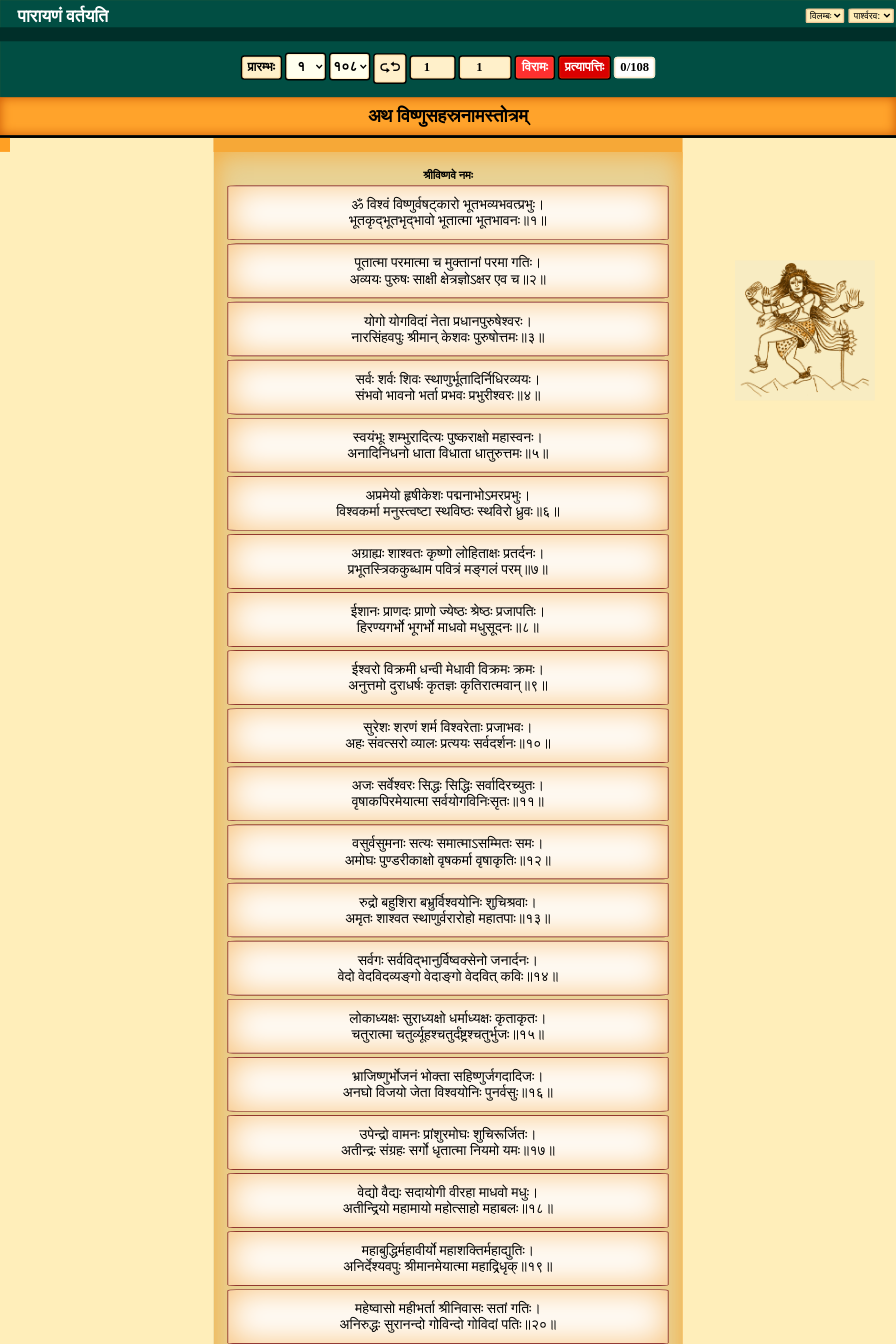
Repository: arshavak/vishnu-sahasranam
Page: index.html
The author's editor kept a copy of each file at every save. The page is drawn from the files as they stood at one save, then again after the next save.
The browser window is 1280 px wide. The pictures show the part of the page from y = 0 to 1920 px (the page is 9284 px tall before and 9294 px after), at 70% of full size.

Above is the page before, as saved 2024-12-30 12:37:34.
Not found: scripts/sanskrittime.js

### index.html
<!DOCTYPE html>
<html>
<head>
<meta charset="UTF-8">
  <link rel="icon" type="image/png" href="style/backgrounds/23.png">
<title>विष्णुसहस्रनामस्तोत्रम्</title>
<meta name="viewport" content="width=device-width, initial-scale=1.0">
<link rel="stylesheet" type="text/css" href="style/style.css"/>
<!-- <link rel="stylesheet" type="text/css" href="style/themes.css"/> -->
</head>
<body class="body">
  <div class="player">
    <div class="Time">
      <span class="main-header">पारायणं वर्तयति</span>
      <div class="clock">
        <span id="ghanta" class="time-span"></span>
        <span id="minat" class="time-span"></span>
      </div>

      <select id="number" class="bgsound setting"></select>
      <select class="timeOut setting">
        <option value="">विलम्बः</option>
        <option value="2">2s</option>
        <option value="3">3s</option>
        <option value="5">5s</option>
        <option value="10">10s</option>
      </select>
  </div>
    <div class="topnavbar"></div>
      <input name="play_button" class="psuGrup play" type="button" value="प्रारम्भः"/>
      <select  id="selector1" class="From selector FromAndTo"></select>
      <select  id="selector2" class="To selector FromAndTo"></select>
      <input name="toggle_btn" type="checkbox" id="check"/>
      <input id="loop" class="loop" type="button" value="&#11150&#11148"/>
      <input id="repeat" value="1" max="99" min="1" type="number"/>
      <input id="speed" value="1" max="4" min=".5" step="0.1" type="number"/>
      <input name="stop_button" class="psuGrup stop" type="button" value="विरामः"/>
      <input class="reset psuGrup" type="button" value="प्रत्यापत्तिः"/>
      <input id="suchna" type="button" class="psuGrup suchna"/>
      <div class="heading">अथ विष्णुसहस्रनामस्तोत्रम्</div>
      <div class="progress-container">
        <div class="progress-bar" id="myBar"></div>
      </div>
    </div>
      <div id="imageRight">
        <image class="image" src="style/backgrounds/0.png" width="200px" height="200px"></image>
      </div>
      <!-- <div id="imageLeft">
        <image class="image" src="style/backgrounds/0.png" width="200px" height="200px"></image>
      </div> -->
      <div class="timeStamp"></div>
      <div class="container"></div>
    <script type="text/javascript" src="scripts/visnusahastranamScript.js"></script>
    <script type="text/javascript" src="scripts/MainScript.js"></script>
    <script type="text/javascript" src="scripts/sanskrittime.js"></script>
  </body>

</html>

### style/style.css
/* Styles for the player container */
*{
margin:0px;
padding: 0px;
text-align: center;
/*background-color: #f8ecc2;*/
font-family:gargi;
}
html{
  scroll-behavior: smooth;
}
::-webkit-scrollbar{
  display: none;
}
body {
  /* background-image: url("backgrounds/jharna.jpg");
  background-repeat:no-repeat;
  background-size:cover;
  background-attachment:fixed; */
  scrollbar-width: none;
  -ms-overflow-style: none;
/* background-color: #e8d295; */
  background-color:#ffeeba
  ;
  /* border: 4px solid #000; */
}

/* #myVideo {
  position: fixed;
  right: 0;
  bottom: 0;
  min-width: 100%;
  min-height: 100%;
  z-index: 1;
} */

.heading{
  padding-bottom: 12px;
  padding-top: 12px;
  margin-top: 15px;
  background-color:#ffa32b;
  /* background-image: url("backgrounds/R.jpg");*/
  /* background-repeat:no-repeat;
  background-size:cover;
  background-attachment: fixed; */
  color: rgb(0, 0, 0);
  /* width: 100%; */
  position: relative;
  /* top:500; */
  font-weight: 800;
  /* text-shadow: 2px 2px 5px rgb(255, 170, 0); */
   font-size:26px;
   box-shadow: inset 0px 0px 15px #cb5805;

}

.progress-container {
  width: 100%;
  height: 4px;
  background: #000000;
}

.progress-bar {
  height: 4px;
  background: #ffa32b;
  width: 0%;
}

.topnavbar{
  position: relative;
  padding: 10px 10px 10px 10px;
  margin-bottom: 15px;
  background-color:#002f29;
 text-align: center;
 box-shadow: inset 0px 0px 0px #0a0a0a;
 /* height: 30px; */
 /* overflow: scroll; */
}

.Time{
    /* background-image: url("backgrounds/jharna.jpg"); */
    background-repeat:no-repeat;
    background-size:cover;
    background-attachment: fixed;
 /* margin-top: 5px; */
 padding: 0px;
 /* background-color: #d47500;
 box-shadow: inset 0px 0px 5px  #cb5805; */
 color: rgb(0, 0, 0);
 text-align: left;
  }


  .clock{
    padding: 1px 5px 1px 5px;
    position: fixed;
    left: 0px;
    background-color: #ffffff;
  color: rgb(0, 0, 0);
  box-shadow: inset 0px 0px 35px #ff9100;
  cursor: not-allowed;
  text-align: center;
  }

.time-span{
  cursor: not-allowed;
  padding: 1px 1px 1px 1px;

}


  .main-header{
    padding: 5px 5px 5px 5px;
    font-size: 25px;
    /* text-shadow: -3px 5px 5px rgb(55, 184, 164); */
    font-weight:800;
    color: #ffffff;
    margin-left: 20px;
  }



.setting{
  margin: 3px;
  float: right;
  border-radius: 8%;
  cursor: pointer;
  margin-top: 2px;
  display: block;
  background-color: #ffeeb8;
  border: 2px solid #edc696;
}

.timeStamp{
display: none;
background-color:#f8ecc2;
color :rgb(0, 0, 0);
position :fixed;
right :0px;
font-size :16px;
font-weight :900;
padding :4px 14px 4px 14px;
box-shadow: inset 0px 0px 15px #ff8e03;
border-radius: 5%;
  }

  .disabled-link{
  position: relative;
  text-decoration: none;
  text-transform: unset;
  font-size: 14px;
  background-color: #dac683;
  color: #000000;
  padding: 5px 10px 5px 10px;
  border-radius: 5%;
  font-weight: 600;
  border: .8px solid #efc899;
  margin-right: 5px;
}

.disabled-link:hover{
  background-color: #fff9a7;
  text-decoration: underline;
}

.player {
  display: block;
  position: fixed;
  top: 0px;

  align-items: center;
  /* background-image: url("backgrounds/astaSuraj.jpg");
  background-repeat:repeat;
  background-size:cover;
  background-attachment: fixed; */
  background-color:rgb(1 78 67);
  width: 99.99%;
  text-align:center;
  color: rgb(29, 1, 1);
  padding-top:10px;
  padding-bottom: 0px;
  box-shadow: inset 0px 0px 1px #ff8e03;

  /* border-bottom: 5px solid #893c01; */
  z-index: 1;
}

/* .bottons{
  background-color:#ff8808;
  display: inline-block;
  box-shadow: inset 0px 0px 25px #ff8e03;
} */

.suchna:active{
  background-color: none !important;
}


#suchna{
cursor:not-allowed;
color: rgb(0, 0, 0);
background-color: #fff;
font-size: 18px;
padding: 4px 8px 4px 8px;
border: 1px solid #ffe;
font-weight: 900;
}

#check{
  display: none;
}

.reset{
  background-color: rgb(218, 0, 0) !important;
  color: #ffffff !important;
}
.stop{
  background-color: rgb(255, 48, 48) !important;
  color: #ffffff !important;
}

/*Styles for the buttons*/
input[type="button"],input[type="number"]{
  padding: 5px 8px 5px 8px;
  margin: 1px 0px 4px 0;
  border: 2px solid #000;
  border-radius: 5px;
  background-color: #fff0ca;
  color: rgb(0, 0, 0);
  font-size: 18px;
  cursor: pointer;
  font-weight: 800;
  flex-direction: row;
  box-shadow: inset 0px 0px 2px #ff9100;
  outline: none;
}

input[type="number"]{
  padding: 5px 2px 5px 0px;
  margin: 1px 0px 4px 0px;
  border: 2px solid #000;
  border-radius: 5px;
  background-color: #fff0ca;
  color: rgb(0, 0, 0);
  font-size: 18px;
  cursor: pointer;
  font-weight: 800;
  flex-direction: row;
  box-shadow: inset 0px 0px 2px #ff9100;
  outline: none;
}

input[type="button"]:hover{
  background-color: #14ff76;
  color: #0b0b0b;
}


.selector{
  text-align:center;
  outline:none;
  /*background-color: rgb(98, 255, 101);*/
  border-radius: 5px;
  height: 40px;
  border: 2px solid #000;
  border-radius: 5px;
  background-color:#ffe;
  color: #000;
  font-size: 20px;
  cursor: pointer;
  font-weight: 800;
  flex-direction: row;
  /* padding: 3px 3px; */
  margin: 1px 0px 4px 0;
  box-shadow: inset 0px 0px 2px #ff9100;

}

/* Styles for the keys container */
.container {
position: relative;
/* z-index: -1; */
 /* display: inline-block;  */
word-wrap: break-word;
/* margin-top: 180px; */
font-size:16px ;
text-align:center;
padding: 25px 15px 40px 15px;
background-color: #e8d295;
width: 75%;
margin-left:auto;
margin-right:auto;
border-top: 20px solid #ff9100a1;
border-bottom: 20px solid #ff9100a1;
border-bottom-style: inset 0px 0px 40px #ff9100a1;;
border-top-style: inset 0px 0px 40px #ff9100a1;;
box-shadow: inset 0px 0px 40px #ff9100a1;
margin-top:0px;

}

label{
  font-size: 15px;
}
/* Styles for the key divs */
.key {
  /* display:inline-block; */
  /* flex-direction: column; */
  /* text-align: right; */
  /* width: 90%; */
  margin: 5px;
  border: .2px ridge #730000;
  border-radius: 2%;
  /* cursor: pointer; */
  transition: all 0.2s ease-in-out;
  font-size:20px;
  font-weight: 300;
  padding: 15px 5px 15px 5px;
  background-color: #ffffff;
  box-shadow: inset 0px 0px 50px #f7c077;

}

.key.active {
  border: 2px solid #c16b02;
  /* display:inline-block; */
  top: 200px;
  font-weight: 600;
  /* text-shadow: 1px 1px 4px rgb(255, 249, 70); */
  background-color: rgb(253, 253, 197);
  box-shadow: inset 6px 0px 5px  #ff9100 ;
  animation: blink .8s infinite;
  font-size: 25px;
}

@keyframes blink {
  50%{
    border: 2px solid #f2d56b;
    /* border-radius: 15%; */
    /* background-color: #fceba5; */
     box-shadow: inset 0px 0px 0px #ff9100;
  }
}

@keyframes indexblink {
  50%{
    /* border: 1px solid #000000; */
    /* border-radius: 15%; */
     background-color: #00e043;
     box-shadow: inset 0px 0px 0px #ff9100;
  }
}


.rbtn.for-repeat {
  background-color: rgb(40, 252, 29);
  color:rgb(0, 0, 0);
}

/* Styles for the audio elements */
audio {
  display: none !important;
}
#imageRight {
  z-index: -1;
  position: fixed;
  bottom:20%;
  right:30px;

}

#imageLeft {
  z-index: -1;
  position: fixed;
  bottom:20%;
  left:30px;
}

.title{
  margin-left: 10px;
  float: left;
}

@media screen and (max-width: 867px) {
  /* .container {top:50px;} */
   #imageRight,#imageLeft{
    display:none;
  }
}

@media screen and (max-width: 1200px) {
  /* .container {top:80px;} */
   #imageRight,#imageLeft{
    display:none;
  }

  .clock{
    display: none;
  }
}

@media screen and (max-width: 500px) {

  .setting{
    display: none;
  }

  .main-header{
    padding: 5px 5px 5px 5px;
    font-size: 25px;
    /* text-shadow: -3px 5px 5px rgb(55, 184, 164); */
    font-weight:800;
    color: #ffffff;

  }
}


@media screen and (min-width: 100px) {
  .container {
    width: 95%;
  }

}

@media screen and (min-width: 1200px) {
  .container {
    width: 50%;
  }
}

.disabled{
  cursor:not-allowed;
}

.disabled:hover{
  text-decoration: none;
  background-color: none;
}

/* .image{
  animation: lip .5s infinite
}
@keyframes lip {
  50%{
    width: 190px;
    height: 190px;

  }
} */

/*  */

/* a.index{
  font-size: 10px;
  line-height: 0px;
  padding: 0px 15px 0px 15px;
  margin-right: 10px;
  font-weight: 600;
  border-radius: 10px;
  cursor: pointer;
  text-decoration: none;
  color: rgb(0, 0, 0);
}

a.index:hover{
  text-decoration: none;
  color: #ff2121;
} */

/* .indeX{
  background-color: wheat !important;
  font-size: 16px;
  cursor: pointer;
  margin-right: 5px;
}

.indeX:hover{
  text-decoration: none;
} */
/* .cot{
  display: none;
}
 */

### scripts/MainScript.js
const topnavbar = document.querySelector(".topnavbar");
// function createLinks() {
//   // Create an array of objects with URL and link text
//   const links = [

//     { url: 'YogSutrani.php', text: 'योगसूत्राणि' },
//     { url: 'VisnuSahastranam.php', text: 'विष्णुसहस्रम्' },
//     { url: 'SankhyaKarika.php', text: 'साङ्ख्यकारिका' },
//     { url: 'Ast_1_1.php', text: 'अष्टाध्यायी(१.१)' }
//   ];
//   // Loop through the array and create links
//   for (let i = 0; i < links.length; i++) {
//     const link = document.createElement('a');
//     link.setAttribute('target', '_blank');
//     link.setAttribute('class', 'disabled-link');
//     link.href = links[i].url;
//     link.textContent = links[i].text;
//     topnavbar.appendChild(link); // Append link to the topnavbar
//   }
// }
// // Call the function to create links
// createLinks();

// //current page link disaable function
// const currentUrl = window.location.href;
// const disabledLinks = document.querySelectorAll(".disabled-link");

// // var links =[];
// //   var currWin = window;
// //   for(var i =0; i<currWin.document.links.length; i++){
// //     links.push(currWin.document.links[i].href);
// //   }

// disabledLinks.forEach(link => {
// if(link.href === currentUrl){
//   link.addEventListener("click", e => {
//     e.preventDefault();
//   });
//   link.classList.add("disabled");
//  }
// });


// function for repeating selection
var repeats = "";
var inp = document.getElementById("repeat");
inp.addEventListener("input", ()=>{
  repeats=inp.value;
});




// const Allrepeatbtns = document.querySelectorAll(".rbtn");
// let activeBtn = null;
// Allrepeatbtns.forEach((ript)=> {
//   ript.addEventListener("click", () => {
//     if (activeBtn && activeBtn !== ript) {
//       activeBtn.classList.remove("for-repeat");
//     }
//     else if (activeBtn === ript) {
//       ript.classList.remove("for-repeat");
//       activeBtn = null;
//       repeats = 0;
//       return;
//     }
//     // repeats = ript.value.charAt(0);
//     repeats = document.getElementById("repeat").value;
//     ript.classList.add("for-repeat");
//     activeBtn = ript;
//   })
// });
// Add click event listeners to the play and stop buttons
const stopButton = document.querySelector('[name="stop_button"]');
const playButton = document.querySelector('[name="play_button"]');
const checkBox = document.querySelector('#check');
const timeOutSecind = document.querySelector(".timeOut");
var speed = document.querySelector("#speed");
let audio;
let audioDuration;
//  let num = 0;
playButton.addEventListener('click', () => {
  //  if(num===0){
  //    num = 1;
  //   playButton.value = "pause";
  let startIndex = selector1.value - 1;
  let lastIndex = selector2.value;
   const playNextKey = () => {
    if(audio){
      audio.pause();
      audio.currentTime = 0;
       keys.forEach(key => {
      key.classList.remove('active');
      });
    }
    if (startIndex < lastIndex) {
      const key = keys[startIndex];
      audio = key.querySelector('audio');
      let playCount = 0;
      const playOnce = () => {
        if (playCount < (Number(repeats))-1) {
        //    if(playCount!==1) {
        //      audio.volume = .1;
        //      audio.playbackRate = 1.5;
        //  }
          setTimeout(() => {
          audioDuration = audio.duration;
          audio.playbackRate = speed.value;
          audio.play();
          playCount++;
          }, timeOutSecind.value*1000);
        } else {
          audio.removeEventListener('ended', playOnce);
          setTimeout(() => {
            key.classList.remove('active');
            playNextKey();
          }, timeOutSecind.value*1000);
        }
      };
      audioDuration = audio.duration;
      audio.currentTime = 0;
      audio.playbackRate = speed.value;
      audio.play();
      audio.addEventListener('ended', playOnce );
      audio.addEventListener('play', scrollActiveDiv );
      audio.addEventListener("play", playButtonStyleAdd);
      audio.addEventListener('ended', playButtonStyleRemove);
      audio.addEventListener("play", indexUpdate);
      audio.addEventListener("ended", timerOutput)
      key.classList.add('active');
      startIndex++;
      // audio.removeEventListener("ended", timerOutput);

      // chacking the Loopbutton is chacked or not checked
        if(checkBox.checked && startIndex == lastIndex){
          // alert("Please");
          startIndex = selector1.value - 1;
      }
    }
  };

  playNextKey();
// }else{
//   playButton.value = "play";
//   audio.pause();
//   num = 0;
// }
});


// Add click event listeners to the stop button
stopButton.addEventListener('click', () => {
  // playButton.value = "play";
   window.scrollTo(0, 0);
  // hideSpeackerSymbol();
  playButton.style.backgroundColor = "";
  playButton.style.color = "";
  keys.forEach(key => {
    const audio = key.querySelector('audio');
    audio.pause();
    audio.currentTime = 0;
    key.classList.remove('active');
  });
  bgsound.pause();
});

// Reset the current audio element
window.scrollTo({top:0, behavior: 'smooth'});
const reset = document.querySelector(".reset");
reset.addEventListener('click', () => {
// window.scrollTo({top:0, behavior: 'smooth'});
// setTimeout(() => {
location.reload();
// },1000);
});


  //buttons for loop
  const loopbtn = document.querySelector(".loop");
  const checkbox = document.querySelector("#check");
  loopbtn.addEventListener("click",  ()=> {
  checkbox.checked = !checkBox.checked;
  if(checkBox.checked){
    loopbtn.style.backgroundColor = "rgb(40, 252, 29)";
    loopbtn.style.color = "#000";
    // document.querySelector(".From").disabled = false;
    // document.querySelector(".To").disabled = false;

  }else{
    loopbtn.style.backgroundColor = "";
    loopbtn.style.color = "";
    // document.querySelector(".From").disabled = true;
    // document.querySelector(".To").disabled = true;

  }
  });

//background sounds 1111111111111111111
  const selector = document.querySelector('#number');
  for(var i=0; i<50; i++) {
    var option = document.createElement('option');
    option.text = "ध्वनिः "+ (i);
    option.value = i;
    selector.appendChild(option);
  }

  const firstOption = selector.querySelector("option:first-child");
  firstOption.textContent = "पार्श्वरव:"

  //background sounds 222222222222222222
let soundNumber = document.querySelector("#number");
soundNumber.style.outline = "none";
let bgsound;
selector.addEventListener("change", function backgroundMusic(){
  if (bgsound) {bgsound.pause();}
  bgsound = new Audio(`prishthbhumi-dhvani/dhvani (${soundNumber.value}).mp3`);
  bgsound.loop = true;
  bgsound.volume = 0.5;
  bgsound.play();
});

//scrolling to top of screen
function scrollActiveDiv() {
  const activeDiv = document.querySelector('.active');
  if (activeDiv) {
    const activeDivPosition = activeDiv.offsetTop;
    window.scrollTo({
      top: activeDivPosition - 150,
      behavior: 'smooth'
    });
  }
}


// function for indexUpdate
const indexUpdating = document.querySelector("#suchna");
indexUpdating.value = "0" + "/" + divLen;
function indexUpdate(){
const suchna = document.querySelector("#suchna");
let activeIndex = 1;
for (let i = 1; i < divLen; i++){
  if(keys[i].classList.contains("active")){
    activeIndex = i+1;
    break;
  }
}
suchna.value = activeIndex +"/"+ divLen;
}



//function for Timer
const timeStamp = document.querySelector(".timeStamp");
function timerOutput(){
  let count = timeOutSecind.value;
  let timer = setInterval(function(){
    timeStamp.style.display = "block";

    count--;
    if(count < 10){
      timeStamp.innerHTML = "प्रतीक्षस्व"+ " " + "00" + ":0" + count;
    }else{
      timeStamp.innerHTML = "प्रतीक्षस्व"+ " " + "00" + ":" + count;
    }
     if(count<=0){
      clearInterval(timer);
      timeStamp.style.display = "none";

    }
  },1000);
  document.body.appendChild(timeStamp);
}


// play Button Style
function playButtonStyleAdd(){
  playButton.style.backgroundColor = "rgb(40, 252, 29)";
  playButton.style.color = "#000";
  }
  function playButtonStyleRemove(){
   playButton.style.backgroundColor = "";
   playButton.style.color = "";
   }


//function for index blinking
let n = 0;
function blinking() {
// const play_button = document.querySelector('[name="play_button]')
if(n==0 && playButton.style.backgroundColor === "rgb(40, 252, 29)"){
indexUpdating.style.animation = "indexblink 1s infinite";
n = 1;
}else{
  indexUpdating.style.animation = "";
n = 0;
}
}
setInterval(blinking,2000);

// setTimeout(windowUpdate,2000);
// window risize for time div
const clock = document.querySelector(".clock");
window.addEventListener("resize",windowUpdate);
window.addEventListener("load",windowUpdate);
function windowUpdate(){
const player = document.querySelector(".player");
const playerHeight = player.offsetHeight;
 timeStamp.style.top = playerHeight + "px";
 container.style.top =   playerHeight + "px";
 clock.style.top =   playerHeight + "px";
}



// When the user scrolls the page, execute myFunction
window.onscroll = function() {myFunction()};
function myFunction() {
  var winScroll = document.body.scrollTop || document.documentElement.scrollTop;
  var height = document.documentElement.scrollHeight - document.documentElement.clientHeight;
  var scrolled = (winScroll / height) * 100;
  document.getElementById("myBar").style.width = scrolled + "%";
}



// const digitsMap = {
//   // देवनागरी लिपि के वर्णक्रम को बांग्ला लिपि के वर्णक्रम में बदलें।
//     'अ': 'অ',
//     'आ': 'আ',
//     'इ': 'ই',
//     'ई': 'ঈ',
//     'उ': 'উ',
//     'ऊ': 'ঊ',
//     'ए': 'এ',
//     'ऐ': 'ঐ',
//     'ओ': 'ও',
//     'औ': 'ঔ',
//     'क': 'ক',
//     'ख': 'খ',
//     'ग': 'গ',
//     'घ': 'ঘ',
//     'ङ': 'ঙ',
//     'च': 'চ',
//     'छ': 'ছ',
//     'ज': 'জ',
//     'झ': 'ঝ',
//     'ञ': 'ঞ',
//     'ट': 'ট',
//     'ठ': 'ঠ',
//     'ड': 'ড',
//     'ढ': 'ঢ',
//     'ण': 'ণ',
//     'त': 'ত',
//     'थ': 'থ',
//     'द': 'দ',
//     'ध': 'ধ',
//     'न': 'ন',
//     'प': 'প',
//     'फ': 'ফ',
//     'ब': 'ব',
//     'भ': 'ভ',
//     'म': 'ম',
//     'य': 'য',
//     'र': 'র',
//     'ल': 'ল',
//     'व': 'ব',
//     'श': 'শ',
//     'ष': 'ষ',
//     'स': 'স',
//     'ह': 'হ',
//     'ा': 'া',
//     'ि': 'ি',
//     'ी': 'ী',
//     'ु': 'ু',
//     'ू': 'ূ',
//     'ृ': 'ৃ',
//     'े': 'ে',
//     'ै': 'ৈ',
//     'ो': 'ো',
//     'ौ': 'ৌ',
//     'ं': 'ং',
//     'ः': 'ঃ',
//     '।': '।',
//     '॥': '॥',

// };

// const elements = document.getElementsByTagName('*');

// for (let i = 0; i < elements.length; i++) {
//   const element = elements[i];

//   for (let j = 0; j < element.childNodes.length; j++) {
//     const node = element.childNodes[j];

//     if (node.nodeType === 3) {
//       const text = node.nodeValue;
//       const replacedText = text.replace(/[अआइईउऊऋएऐओऔकखगघङचछजझञ]/g, function(match) {
//         return digitsMap[match];
//       });

//       if (replacedText !== text) {
//         element.replaceChild(document.createTextNode(replacedText), node);
//       }
//     }
//   }
// }




// // सभी audio टैगों को प्राप्त करें
// const audios = document.querySelectorAll('audio');
// // सभी span टैगों को प्राप्त करें
// const spans = document.querySelectorAll('span.indeX');
// // सभी span टैग पर क्लिक करने के लिए एक लूप चलाएं
// spans.forEach((span) => {
//   // क्लिक करने पर संगीत बंद करें और अगला संगीत चलाएं
//   span.addEventListener('click', () => {
//     // सभी ऑडियो टैगों को बंद करें
//     audios.forEach((audio) => {
//       audio.pause();
//       audio.currentTime = 0;
//     });
//     // वर्तमान ऑडियो टैग को चलाएं
//     const audio = span.parentElement.querySelector('audio');
//     audio.play();

//     // सभी divs से active क्लास हटाएं
//     const divs = document.querySelectorAll('.key');
//     divs.forEach((div) => {
//       div.classList.remove('active');
//       audio.addEventListener("ended",  () => {
//         div.classList.remove('active');
//       });
//     });
//     // वर्तमान div को active क्लास दें
//     const currentDiv = audio.parentElement;
//     currentDiv.classList.add('active');
//   });
// });
//  setTimeout(()=>{

//   var text = document.body.innerHTML;
//   var regex1 = /॥(.*?)॥/g;
//   var result1 = text.replace(regex1,'॥<span class="cot">$1</span>');
//  document.body.innerHTML = result1;
//  },2000)

Loaded but not shown: scripts/visnusahastranamScript.js (library)

After the next save:
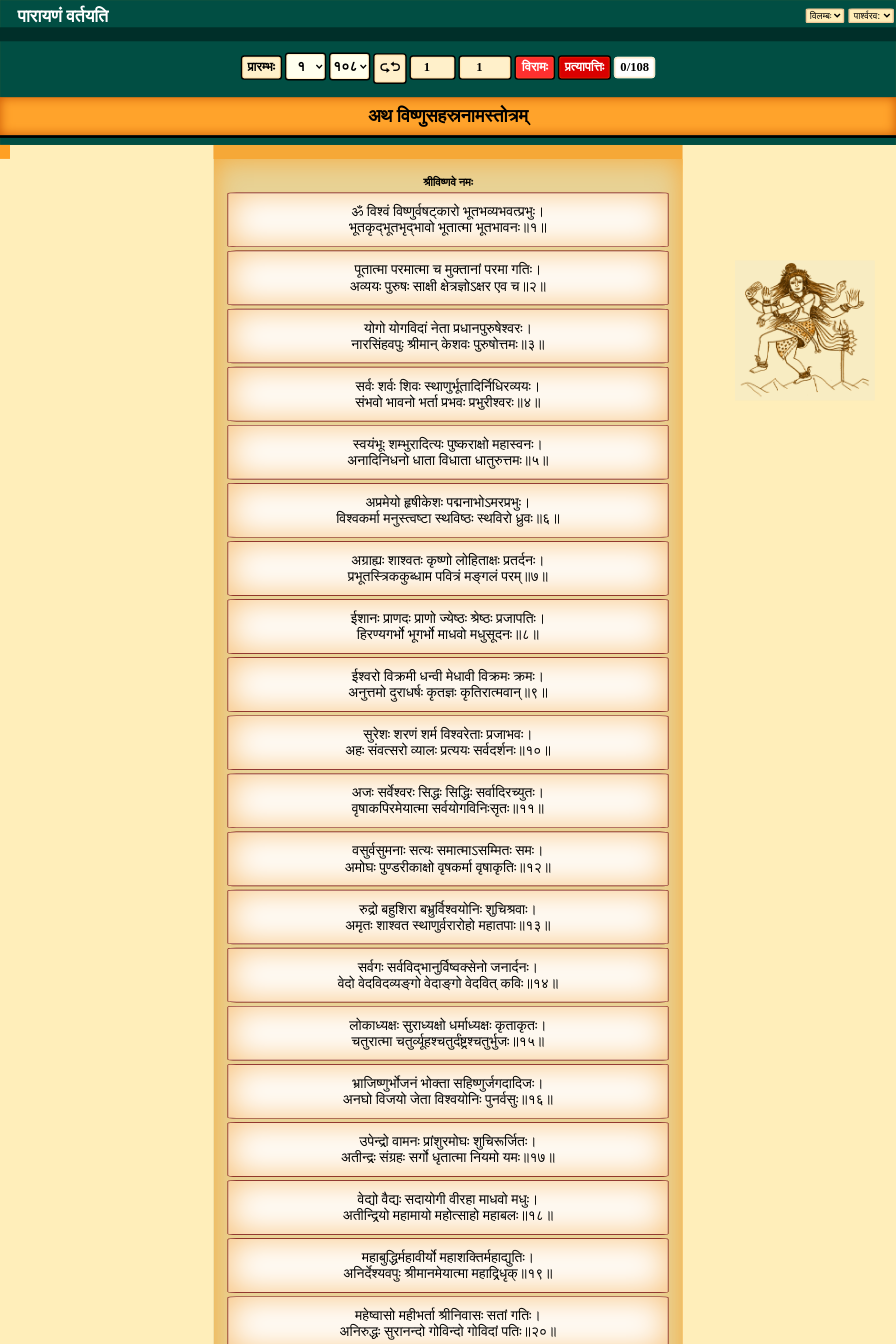
Saved 13 s later.
--- a/style/style.css
+++ b/style/style.css
@@ -178,7 +178,7 @@ border-radius: 5%;
   text-align:center;
   color: rgb(29, 1, 1);
   padding-top:10px;
-  padding-bottom: 0px;
+  padding-bottom: 10px;
   box-shadow: inset 0px 0px 1px #ff8e03;
 
   /* border-bottom: 5px solid #893c01; */
